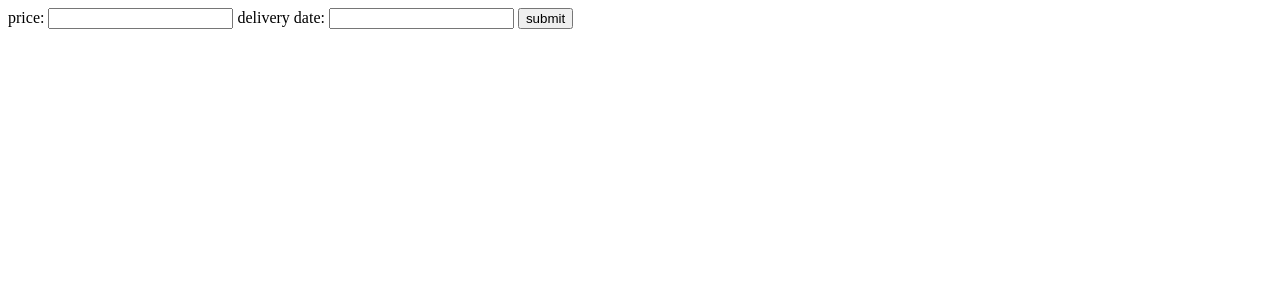
Repository: Kaivalya1997/kaivalyaprojects
Page: http://localhost/dynamicProject/
These files come from the project's save history. The page is drawn as it stood at one moment and after the next save; the edit follows.
The browser window is 1280 px wide. The pictures show the whole page.
The page is served by Tomcat 9.

Above is the page before, as saved 2019-01-25 08:50:51.

After the next save:
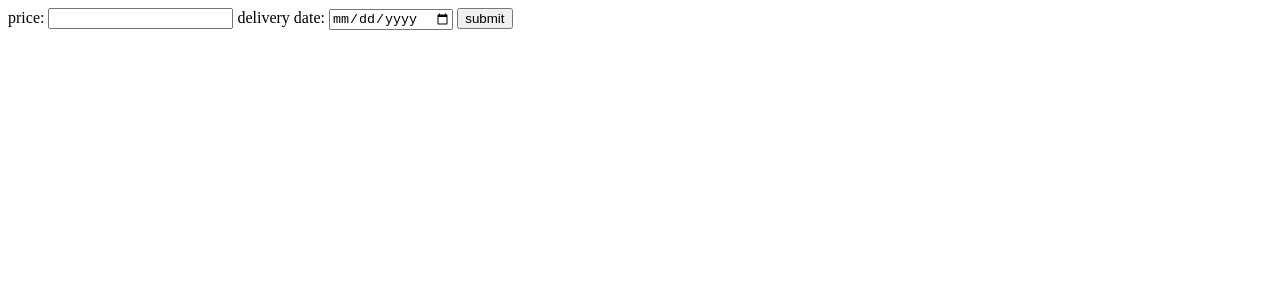
Saved 91 s later.
--- a/25-jan/dynamicProject/WebContent/index.jsp
+++ b/25-jan/dynamicProject/WebContent/index.jsp
@@ -9,7 +9,7 @@
 <body>
 <form action='hello' method='POST'>
    price: <input name='price'/>
-   delivery date: <input name='date' type='timestamp'/>
+   delivery date: <input name='date' type='date'/>
    <input type="submit" value='submit'/>
    </form>
 </body>
